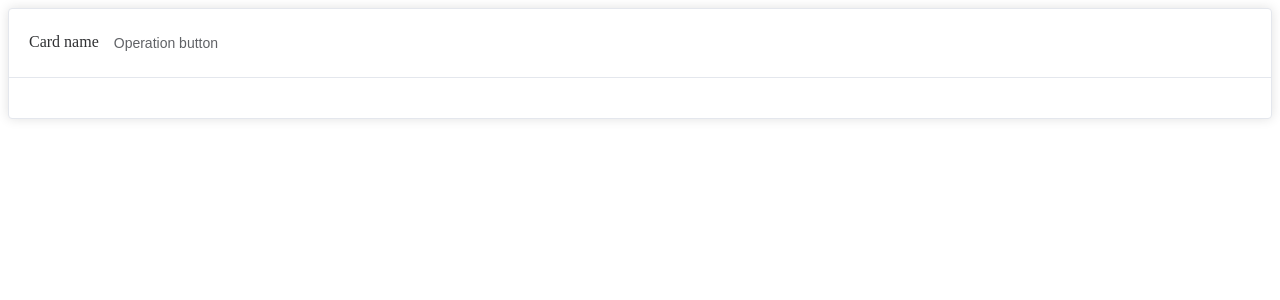
Repository: qs991/Elephant
Page: / (app in WebSocketApI/Web/websocketroom/)
An editor plug-in stored every save of this project. The page is shown before and after the next save, followed by the edit.
The browser window is 1280 px wide. The pictures show the whole page.
The project was rebuilt for these pictures with package versions that can differ from the ones it lists, and the page was loaded fresh each time. Also part of the build but not shown: WebSocketApI/Web/websocketroom/vite.config.js.

Above is the page before, as saved 2023-08-25 13:49:12.

### WebSocketApI/Web/websocketroom/src/App.vue
<template>
  <div>
    <el-card class="box-card">
      <template #header>
        <div class="card-header">
          <span>Card name</span>
          <el-button class="button" text>Operation button</el-button>
        </div>
      </template>
    </el-card>
  </div>
</template>
<script setup>
</script>
<style>
</style>

Loaded but not shown: WebSocketApI/Web/websocketroom/index.html (common file); WebSocketApI/Web/websocketroom/src/main.js (common file)

After the next save:
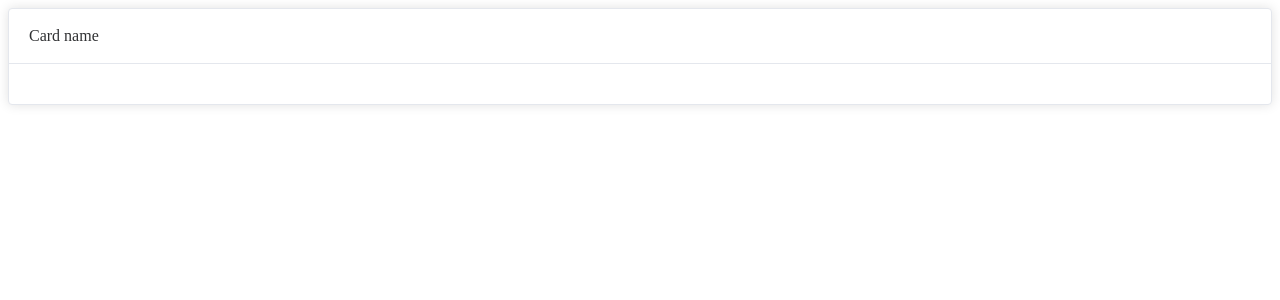
Saved 12 s later.
--- a/WebSocketApI/Web/websocketroom/src/App.vue
+++ b/WebSocketApI/Web/websocketroom/src/App.vue
@@ -4,7 +4,6 @@
       <template #header>
         <div class="card-header">
           <span>Card name</span>
-          <el-button class="button" text>Operation button</el-button>
         </div>
       </template>
     </el-card>
